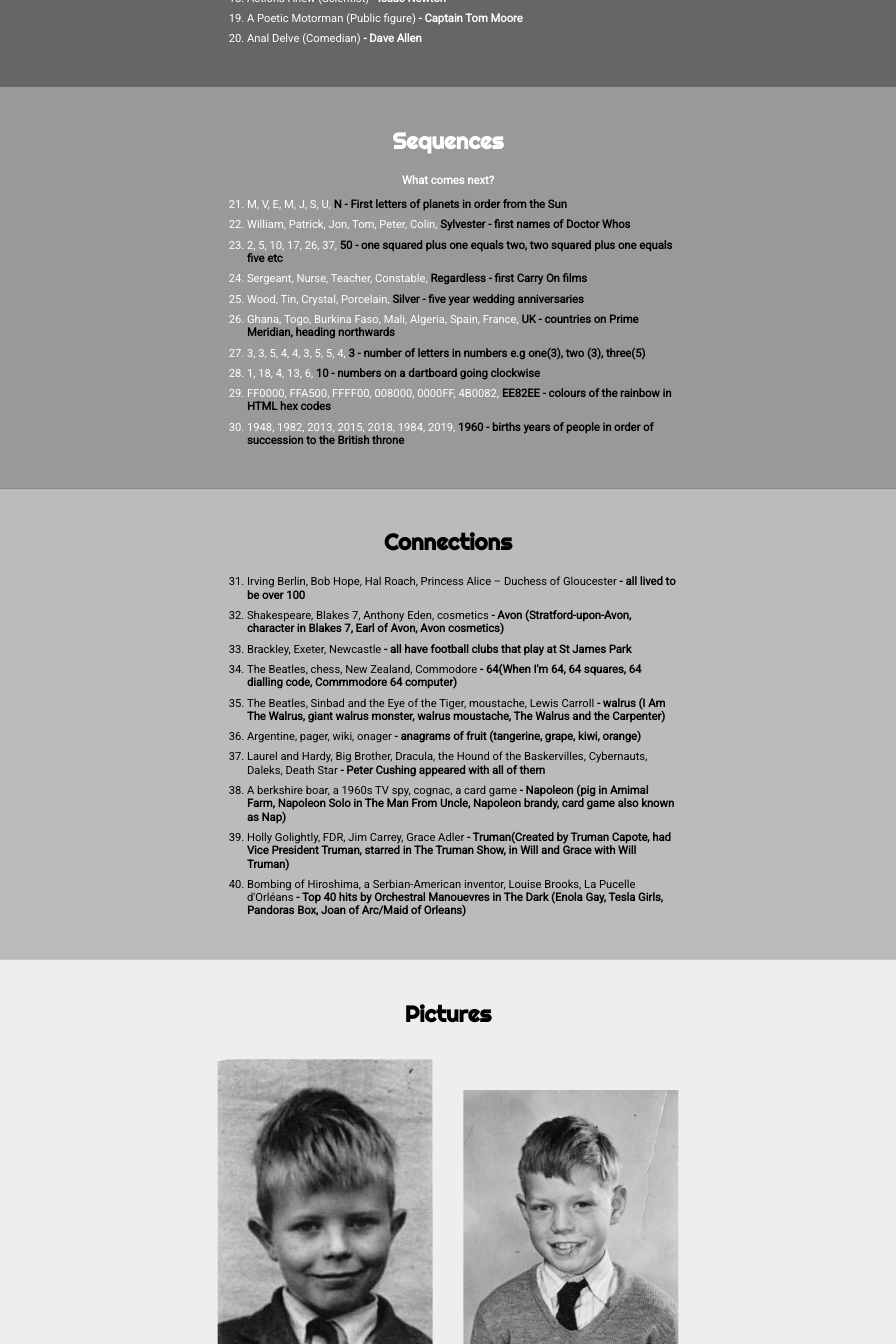
Repository: Domehead123/quiz
Page: answers.html
The author's editor kept a record of every edit. The page is drawn from the files as they stood at one moment, then again after the next edit.
The browser window is 1280 px wide. The pictures show the part of the page from y = 1025 to 2945 px (the page is 4643 px tall before and 4608 px after), at 70% of full size.

Above is the page before.

After the next edit:
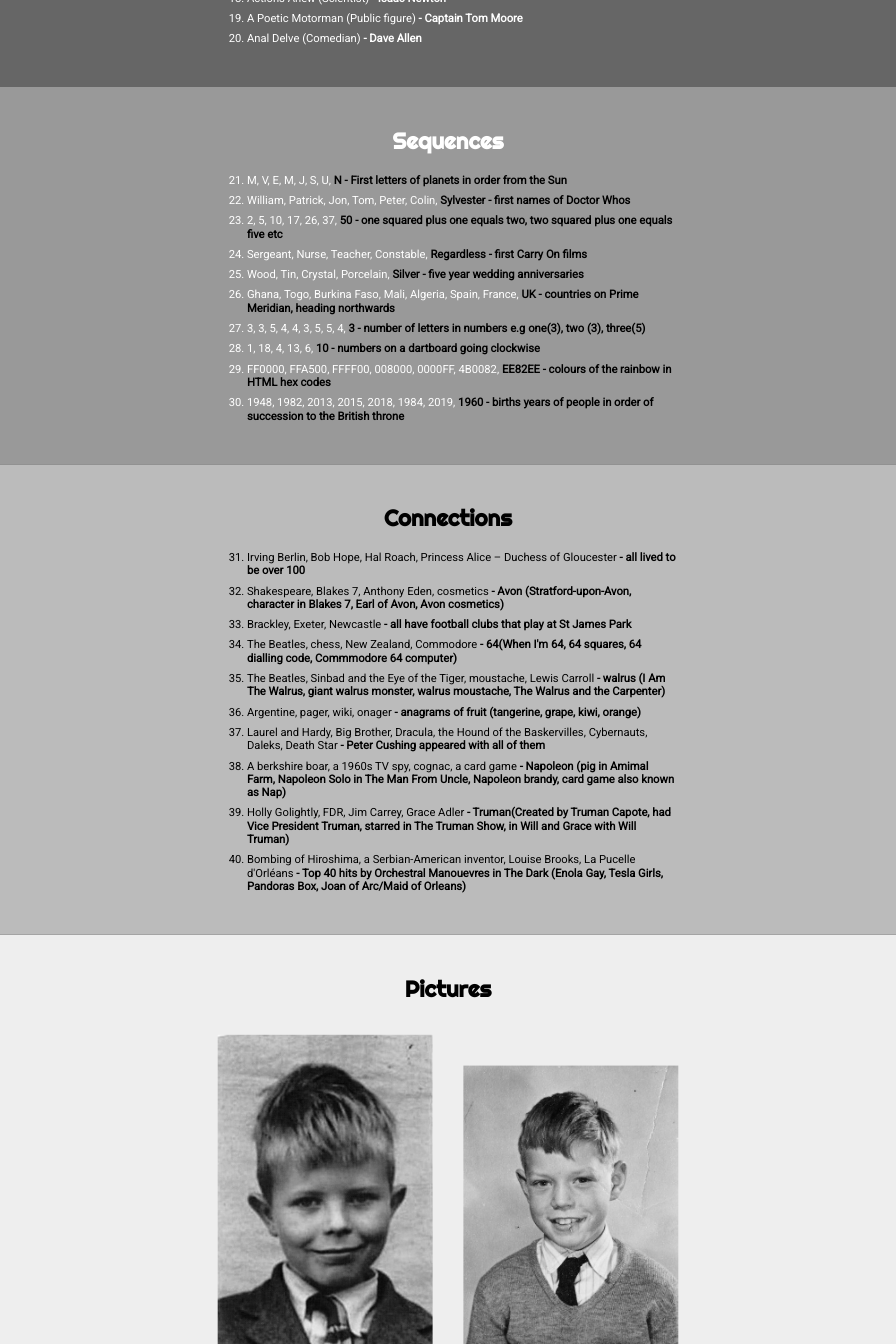
The edit:
--- a/answers.html
+++ b/answers.html
@@ -62,7 +62,7 @@
     <div class="section three">
         <div class="container">
             <h2>Sequences</h2>
-            <p>What comes next?</p>
+
             <ol start="21">
                 <li>M, V, E, M, J, S, U, <span>N - First letters of planets in order from the Sun</span></li>
                 <li>William, Patrick, Jon, Tom, Peter, Colin, <span>Sylvester - first names of Doctor Whos</span></li>
